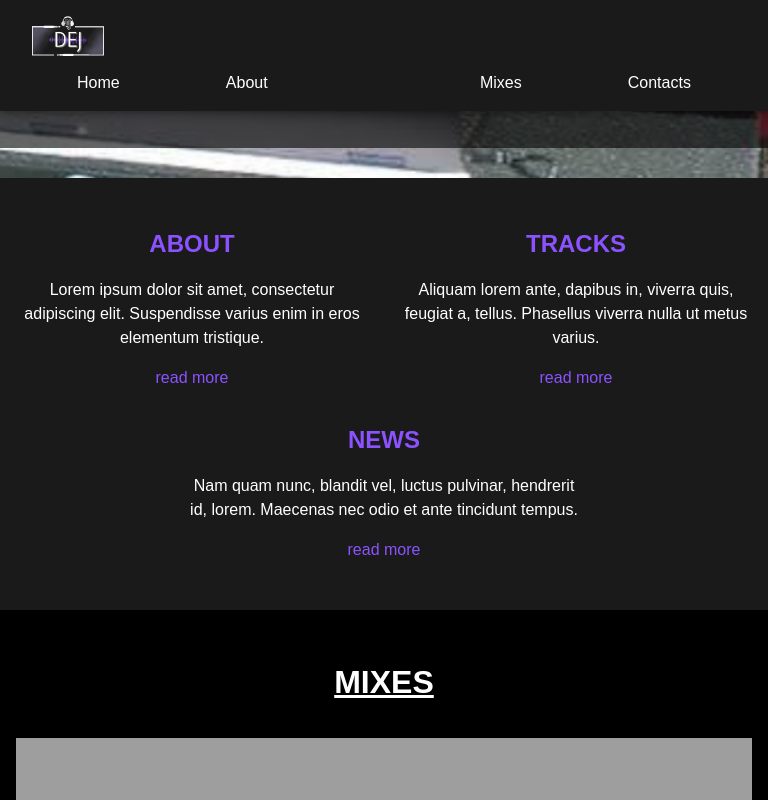
Repository: ErvinClay13/Dj-Dej-Website
Page: /
An editor plug-in stored every save of this project. The page is shown before and after the next save, followed by the edit.
The browser window is 768 px wide. The pictures show the whole page.
Pictures or frames that could not be fetched are drawn as grey boxes. An inner scrolling area shows only its first screen. The project was rebuilt for these pictures with package versions that can differ from the ones it lists, and the page was loaded fresh each time. Also part of the build but not shown: vite.config.js.

Above is the page before, as saved 2025-05-09 21:48:06.

After the next save:
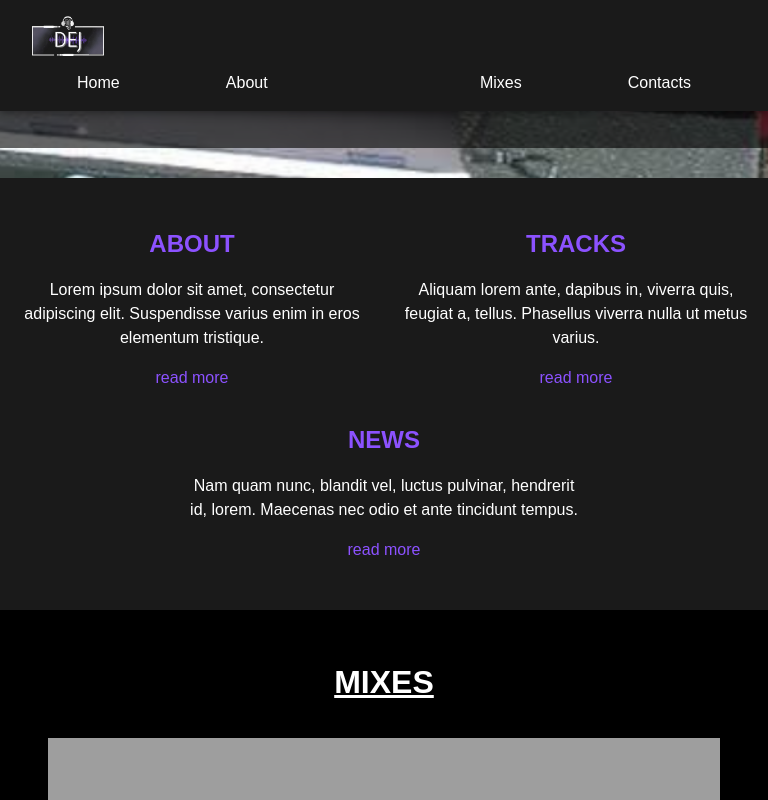
Saved 32 s later.
--- a/src/App.css
+++ b/src/App.css
@@ -193,7 +193,7 @@
 
   .mixes-section {
     background-color: #000;
-    padding: 3rem 1rem;
+    padding: 3rem 3rem;
     text-align: center;
   }
 

After the 2 saves that followed:
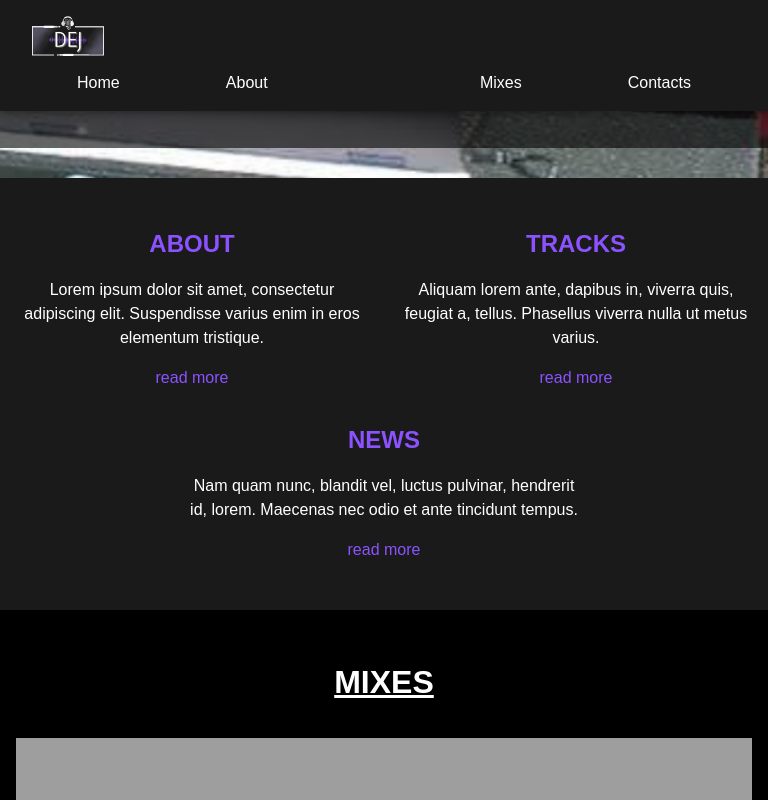
The 2 saves are shown as one change because they came seconds apart.
The last was saved 16 s later.
--- a/src/App.css
+++ b/src/App.css
@@ -193,7 +193,7 @@
 
   .mixes-section {
     background-color: #000;
-    padding: 3rem 3rem;
+    padding: 3rem 1rem;
     text-align: center;
   }
 
